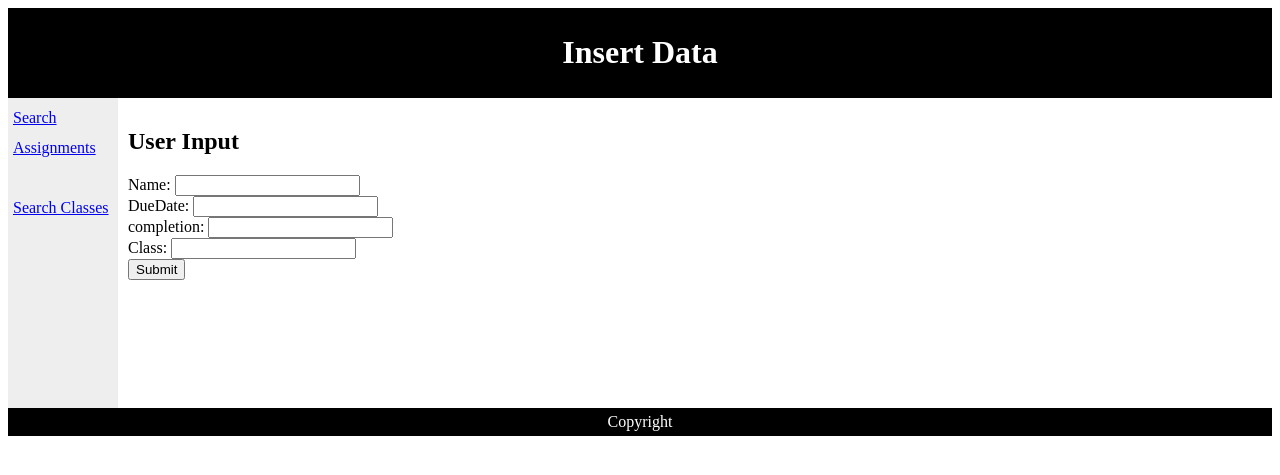
Repository: bpinkelman/Tech-Exercise
Page: planner-pinkelman/WebContent/AssignmentInsert.html
These files come from the project's save history. The page is drawn as it stood at one moment and after the next save; the edit follows.
The browser window is 1280 px wide. The pictures show the whole page.

Above is the page before, as saved 2020-02-28 00:48:14.

### planner-pinkelman/WebContent/AssignmentInsert.html
<html>
<head>
<style>
header {
    background-color:black;
    color:white;
    text-align:center;
    padding:5px;
}
nav {
    line-height:30px;
    background-color:#eeeeee;
    height:300px;
    width:100px;
    float:left;
    padding:5px;
}
section {
    width:350px;
    float:left;
    padding:10px;
}
footer {
    background-color:black;
    color:white;
    clear:both;
    text-align:center;
    padding:5px;
}
</style>
</head>

<body>
<header>
<h1> Insert Data </h1>
</header>

<nav>
<a href="/planner-pinkelman/AssignmentSearch.html">Search Assignments</a> <br><br>
<a href="/planner-pinkelman/simpleFormSearch.html">Search Classes</a> <br><br>
</nav>

<section>
	<h1>User Input</h1>

	<form action="AssignmentInsert" method="POST">

		Name: <input type="text" name="Name"> <br />
		DueDate: <input type="text" name="DueDate"> <br />
		completion: <input type="text" name="completion"> <br />
		Class: <input type="text" name="Class"> <br />


		<input type="submit" value="Submit" />
	</form>

</section>

<footer>
Copyright
</footer>
</body>
</html>

After the next save:
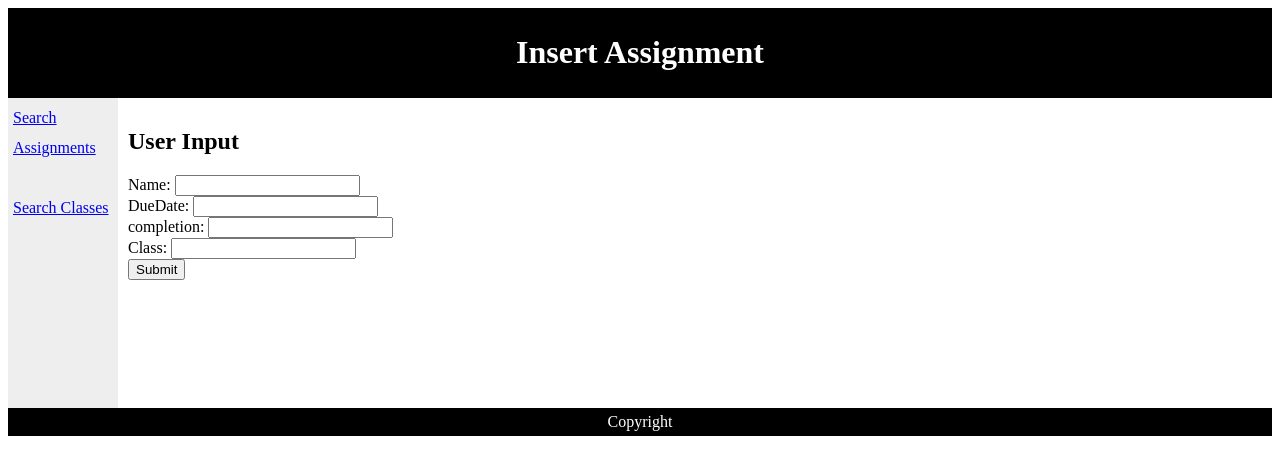
Saved 9 s later.
--- a/planner-pinkelman/WebContent/AssignmentInsert.html
+++ b/planner-pinkelman/WebContent/AssignmentInsert.html
@@ -32,7 +32,7 @@ footer {
 
 <body>
 <header>
-<h1> Insert Data </h1>
+<h1> Insert Assignment </h1>
 </header>
 
 <nav>
